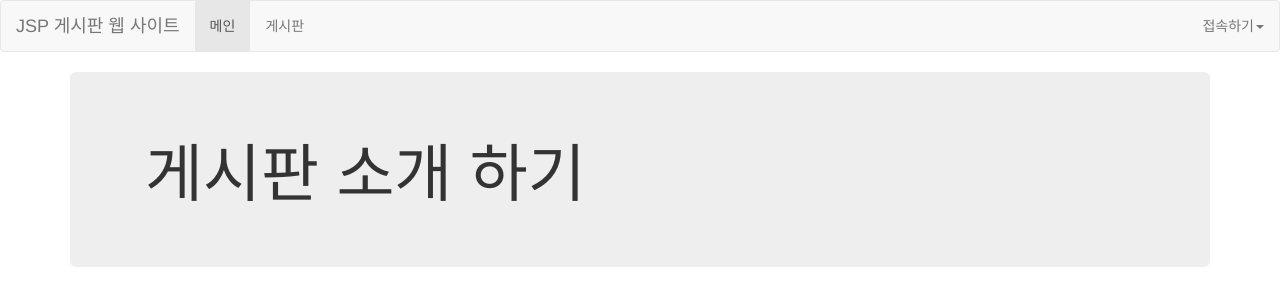
Repository: hanseu9839/BbsJSP
Page: http://localhost/BBS/main.jsp
The author's editor kept a copy of each file at every save. The page is drawn from the files as they stood at one save, then again after the next save.
The browser window is 1280 px wide. The pictures show the whole page.
The page is served by Tomcat 9. Other server files are loaded and not shown.

Above is the page before, as saved 2021-05-03 06:57:02.

### BBS/src/main/webapp/main.jsp
<%@ page language="java" contentType="text/html; charset=UTF-8"
    pageEncoding="UTF-8"%>
    <%@ page import ="java.io.PrintWriter"%>
    <!-- UTF-8은 요즘 가장 많이 쓰이는 대표적인 형식 (한글,영어) 둘다 지원됨 -->
<!DOCTYPE html>
<html>
<head>
<meta http-equiv="Content-Type" content="text/html; charset=UTF-8">
<meta name="viewport" content="width-device-width", initial-scale="1">
<link rel="stylesheet" href="css/bootstrap.min.css">
<title>JSP 게시판 웹사이트 </title>
</head>
<body>
	<%
		String userID = null;
		if(session.getAttribute("userID") != null){
			userID = (String) session.getAttribute("userID");
		}
	%>
   <nav class="navbar navbar-default">
      <div class="navbar-header">
         <button type="button" class="navbar-toggle collapsed"
         data-toggle="collapse" data-target= "#bs-example-navbar-collapse-1"
         aria-expanded="false">
         <span class="icon-bar"></span>
         <span class="icon-bar"></span>
         <span class="icon-bar"></span>
         </button>
         <a class="navbar-brand" href="main.jsp">JSP 게시판 웹 사이트</a>
      </div>
      <div class="collapse navbar-collapse" id="bs-example-navbar-collapse-1">
         <ul class="nav navbar-nav">
            <li class="active"><a href ="main.jsp">메인</a></li>
            <li><a href ="bbs.jsp">게시판</a></li>
         </ul>
         <%
         	if(userID == null) {
         %>



         <ul class="nav navbar-nav navbar-right">
            <li class="dropdown">
               <a href="#" class="dropdown-toogle"
                  data-toggle="dropdown" role="button" aria-haspopup="true"
                  aria-expanded="false">접속하기<span class="caret"></span></a>
                  <ul class="dropdown-menu">
                     <li><a href="login.jsp">로그인</a></li>
                     <li><a href="join.jsp">회원가입</a></li>
                  </ul>
            </li>
         </ul>
         <%
         	} else {
         		%>
         		<ul class="nav navbar-nav navbar-right">
            <li class="dropdown">
               <a href="#" class="dropdown-toogle"
                  data-toggle="dropdown" role="button" aria-haspopup="true"
                  aria-expanded="false">회원관리<span class="caret"></span></a>
                  <ul class="dropdown-menu">
                     <li><a href="logoutAction.jsp">로그인아웃</a></li>
                  </ul>
            </li>
         </ul>
         <%
         	}
         %>
      </div>
   </nav>
   <div class="container">
   		<div class="jumbotron">
   			<div class="container">
   				<h1>게시판 소개 하기</h1>
   			</div>
   		</div>
   </div>
   <script src="https://ajax.googleapis.com/ajax/libs/jquery/1.12.4/jquery.min.js"></script>
<script src="js/bootstrap.min.js"></script>
</body>
</html>

Loaded but not shown: BBS/src/main/webapp/css/bootstrap.min.css (library); BBS/src/main/webapp/js/bootstrap.min.js (library)

After the next save:
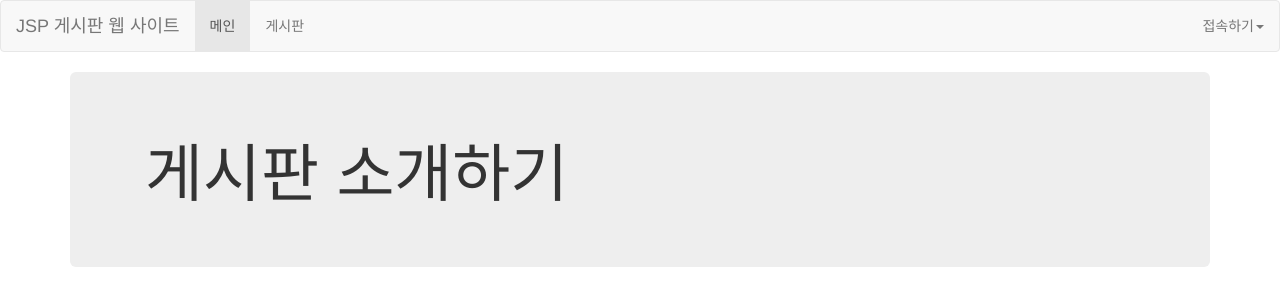
Saved 5 s later.
--- a/BBS/src/main/webapp/main.jsp
+++ b/BBS/src/main/webapp/main.jsp
@@ -71,7 +71,7 @@
    <div class="container">
    		<div class="jumbotron">
    			<div class="container">
-   				<h1>게시판 소개 하기</h1>
+   				<h1>게시판 소개하기</h1>
    			</div>
    		</div>
    </div>
